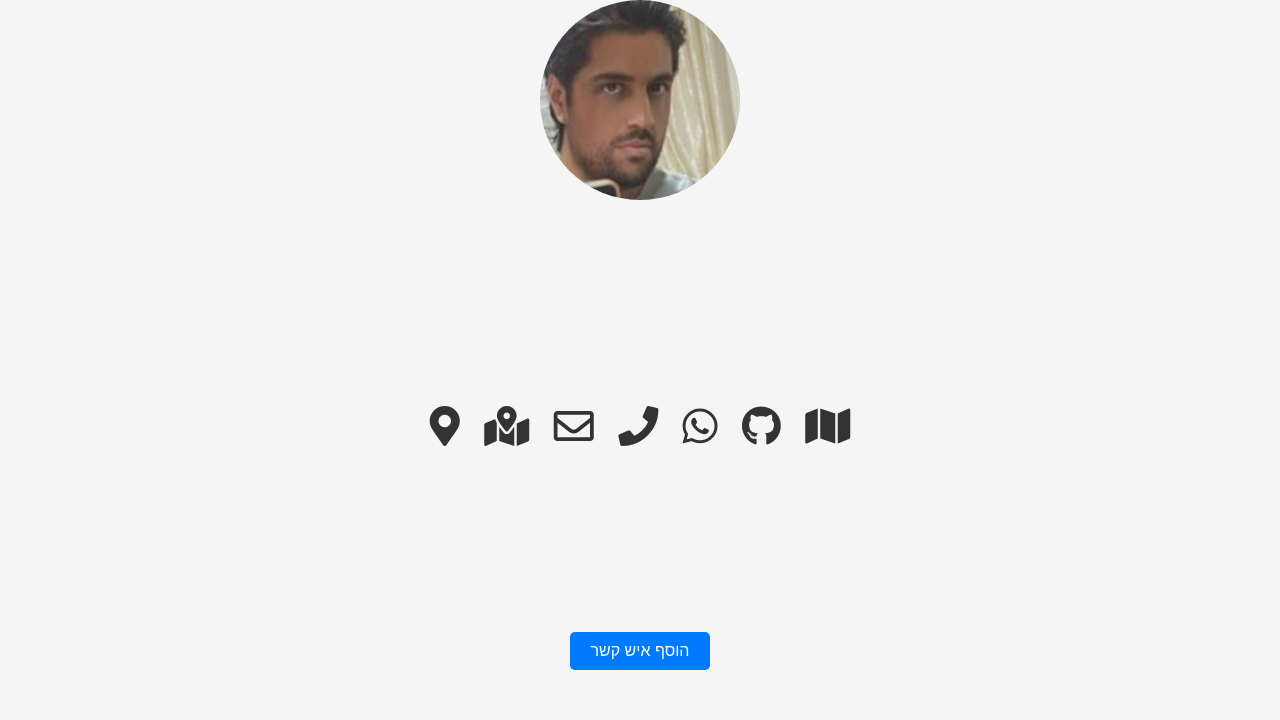
Repository: RL20/Business-Card
Page: index.html
These files come from the project's save history. The page is drawn as it stood at one moment and after the next save; the edit follows.
The browser window is 1280 px wide. The pictures show the whole page.

Above is the page before, as saved 2024-05-15 03:32:11.

### index.html
<!DOCTYPE html>
<html lang="en">
  <head>
    <meta charset="UTF-8" />
    <meta name="viewport" content="width=device-width, initial-scale=1.0" />
    <title>Contact Information</title>
    <link rel="stylesheet" href="https://cdnjs.cloudflare.com/ajax/libs/font-awesome/5.15.4/css/all.min.css" />
    <style>
      body {
        font-family: Arial, sans-serif;
        margin: 0;
        padding: 0;
        background-color: #f5f5f5;
        display: flex;
        flex-direction: column;
        align-items: center;
        /* justify-content: center; */
        justify-content: space-between;
        min-height: 100vh;
      }
      .icons {
        text-align: center;
        margin-top: 20px;
      }
      .icons i {
        font-size: 2.5rem;
        margin: 0 10px;
        color: #333;
        transition: color 0.3s;
      }
      .icons i:hover {
        color: gold;
      }
      .button-container {
        text-align: center;
        margin-bottom: 50px;
      }
      .button {
        background-color: #007bff;
        color: #fff;
        border: none;
        padding: 10px 20px;
        border-radius: 5px;
        cursor: pointer;
        font-size: 1rem;
        transition: background-color 0.3s;
      }
      .button:hover {
        background-color: #0056b3;
      }
      .profile-img {
        width: 200px;
        height: 200px;
        overflow: hidden;
        border-radius: 50%;
        display: flex;
        justify-content: center;
        align-items: center;
      }

      .profile-img img {
        width: 100%;
        height: 100%;
        object-fit: cover;
      }
    </style>
  </head>
  <body>
    <div class="profile-img">
      <img src="./RLS.png" alt="Profile Image" />
    </div>

    <div class="icons">
      <a href="https://www.waze.com/ul?q=חטיבת הנחל 16 חדרה" target="_blank"><i class="fas fa-map-marker-alt"></i></a>
      <a href="https://www.google.com/maps?q=חטיבת הנחל 16 חדרה" target="_blank"
        ><i class="fas fa-map-marked-alt"></i
      ></a>
      <a href="mailto:harel_shalom@yahoo.com"><i class="far fa-envelope"></i></a>
      <a href="tel:0526966833"><i class="fas fa-phone"></i></a>
      <a href="https://wa.me/972526966833" target="_blank"><i class="fab fa-whatsapp"></i></a>
      <a href="https://github.com/RL20" target="_blank"><i class="fab fa-github"></i></a>
      <a href="#" onclick="openNavigationApp(); return false;"><i class="fas fa-map"></i></a>
    </div>
    <div class="button-container">
      <button class="button" onclick="downloadVCard()">הוסף איש קשר</button>
    </div>

    <script>
      function openNavigationApp() {
        var app = prompt("באיזו אפליקציה תרצה לפתוח את הניווט?\n1. וויז\n2. גוגל מפות");
        var address = encodeURI("חטיבת הנחל 16 חדרה");
        if (app === "1") {
          window.location.href = "https://www.waze.com/ul?q=" + address;
        } else if (app === "2") {
          window.location.href = "https://www.google.com/maps?q=" + address;
        } else {
          alert("אנא בחר אפליקציה חוקית.");
        }
      }

      function downloadVCard() {
        var contactName = "_RLS_הראל שלום";
        var phoneNumber = "0526966833";
        var email = "harel_shalom@yahoo.com";
        var address = 'חטיבת הנח"ל 16, חדרה';
        var website = "https://rl20.github.io/Bussines-Card/";
        var title = "RLS פיתוח תוכנה";
        var photoURL = "https://raw.githubusercontent.com/RL20/Bussines-Card/main/RLS.png";

        var vCardData =
          "BEGIN:VCARD\n" +
          "VERSION:3.0\n" +
          "FN:" +
          contactName +
          "\n" +
          "TEL;TYPE=CELL:" +
          phoneNumber +
          "\n" +
          "EMAIL:" +
          email +
          "\n" +
          "ADR;TYPE=HOME:" +
          address +
          "\n" +
          "URL:" +
          website +
          "\n" +
          "TITLE:" +
          title +
          "\n" +
          "PHOTO;VALUE=URL:" +
          photoURL +
          "\n" +
          "END:VCARD";

        var blob = new Blob([vCardData], { type: "text/vcard" });
        var url = window.URL.createObjectURL(blob);
        var a = document.createElement("a");
        a.href = url;
        a.download = "contact.vcf";
        document.body.appendChild(a);
        a.click();
        document.body.removeChild(a);
      }
    </script>
  </body>
</html>

After the next save:
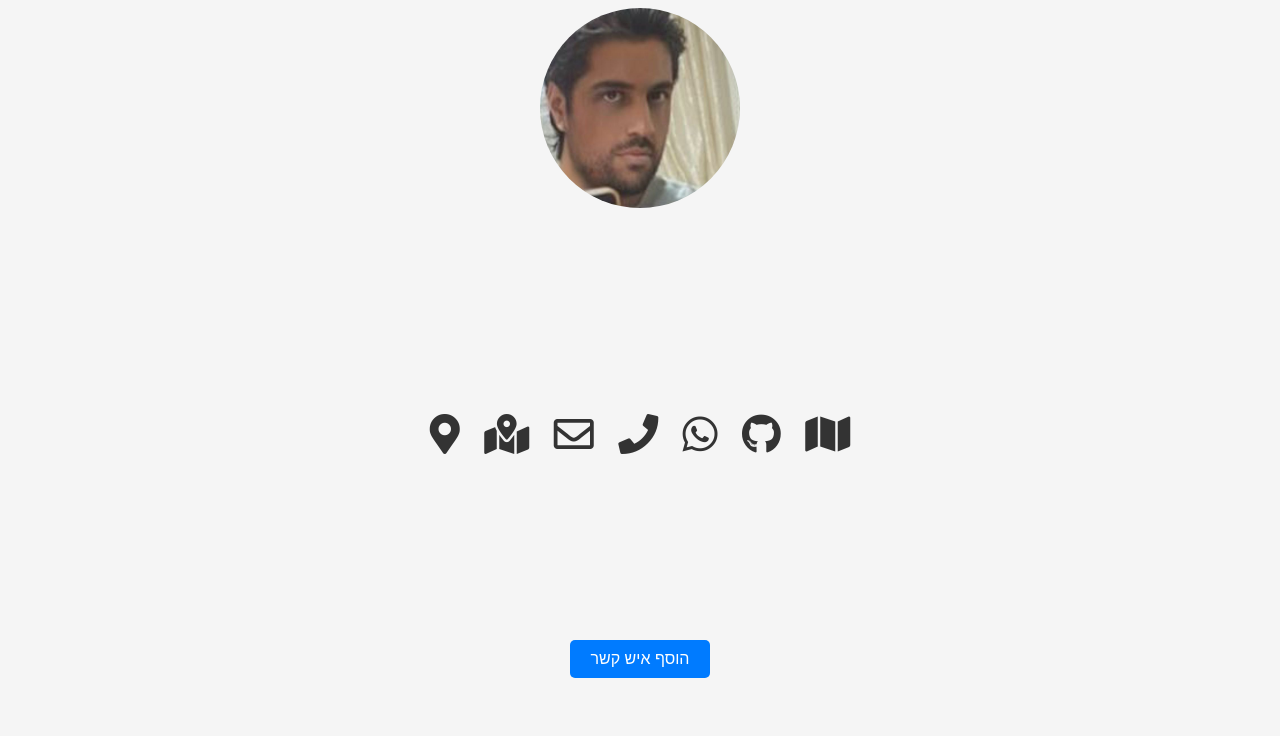
Saved 45 s later.
--- a/index.html
+++ b/index.html
@@ -8,7 +8,7 @@
     <style>
       body {
         font-family: Arial, sans-serif;
-        margin: 0;
+        margin: 200;
         padding: 0;
         background-color: #f5f5f5;
         display: flex;
